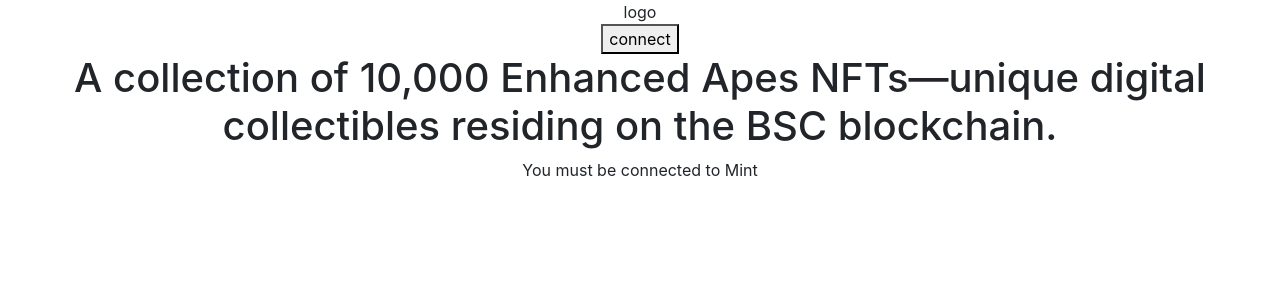
Repository: Stephegbenga/Minting-Dapp
Page: /
The author's editor kept a copy of each file at every save. The page is drawn from the files as they stood at one save, then again after the next save.
The browser window is 1280 px wide. The pictures show the whole page.
The project was rebuilt for these pictures with package versions that can differ from the ones it lists, and the page was loaded fresh each time.

Above is the page before, as saved 2022-04-07 06:21:49.

After the next save:
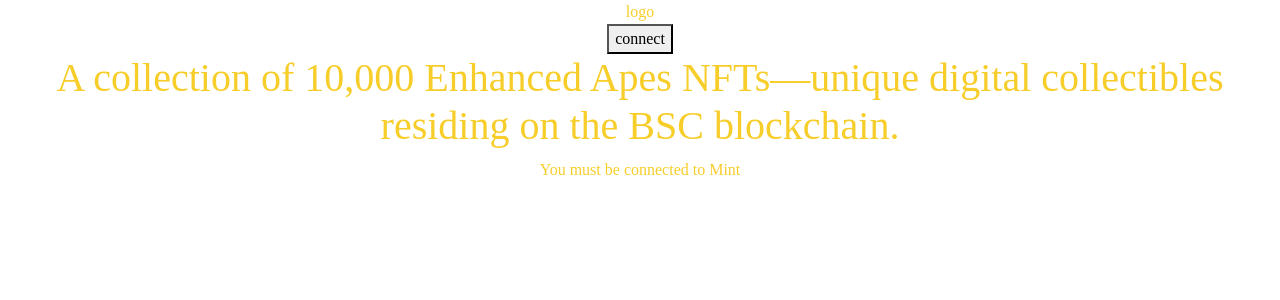
Saved 3 min 9 s later.
--- a/src/App.css
+++ b/src/App.css
@@ -1,5 +1,19 @@
 .App {
   text-align: center;
+  font-family: ThunderDemo;
+  color: #f7cd2a;
+}
+
+* {
+  box-sizing: border-box;
+}
+
+body {
+  overflow: hidden;
+}
+
+.overlay {
+
 }
 
 .App-logo {
